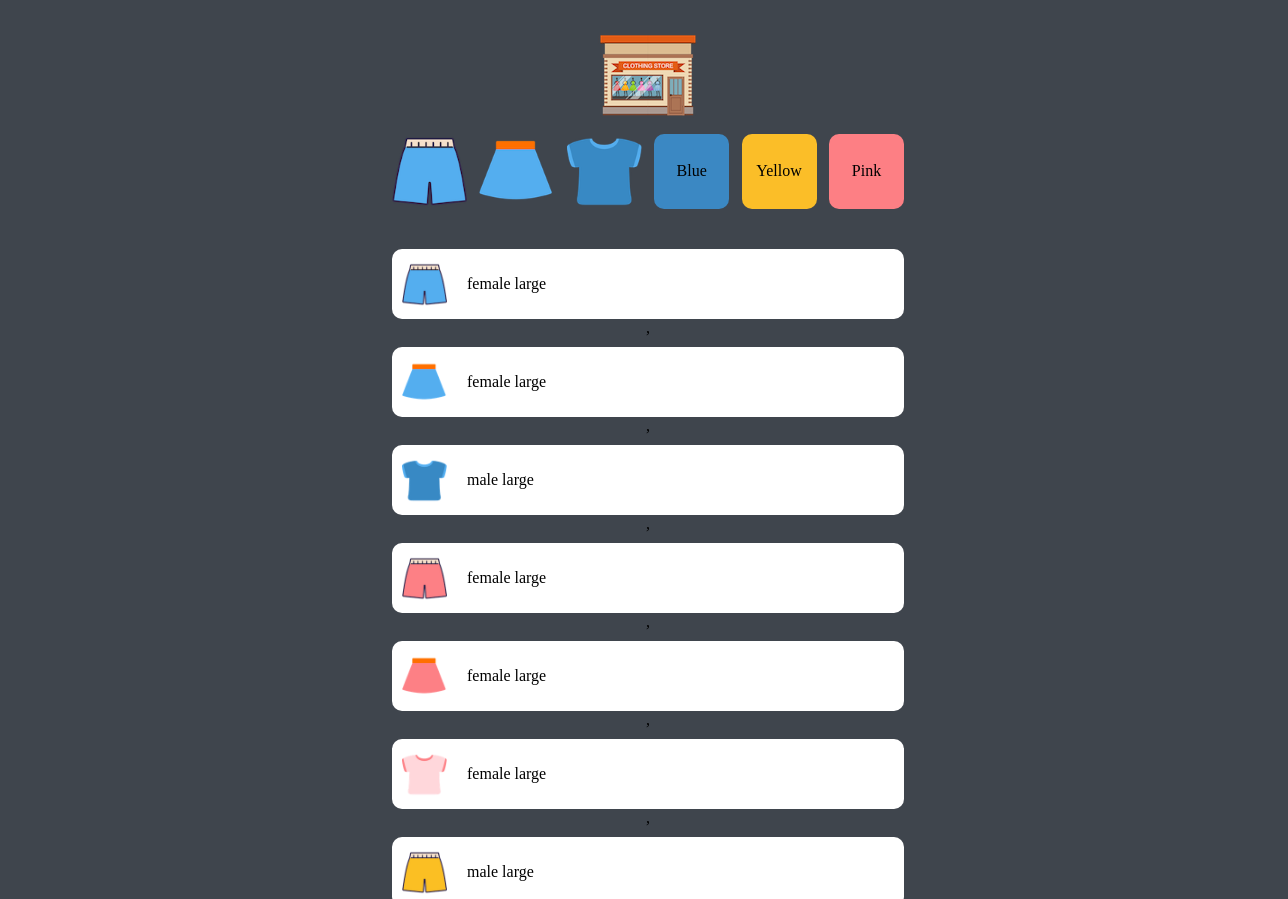
Repository: Jay-JYKim91/elle-shopping-mall
Page: index.html
The author's editor kept a copy of each file at every save. The page is drawn from the files as they stood at one save, then again after the next save.
The browser window is 1280 px wide. The page is 1288 px wide, so the pictures cover 1288 px, including what lies to the right of the window. The pictures show the whole page.
An inner scrolling area shows only its first screen.

Above is the page before, as saved 2021-07-26 20:10:01.

After the next save:
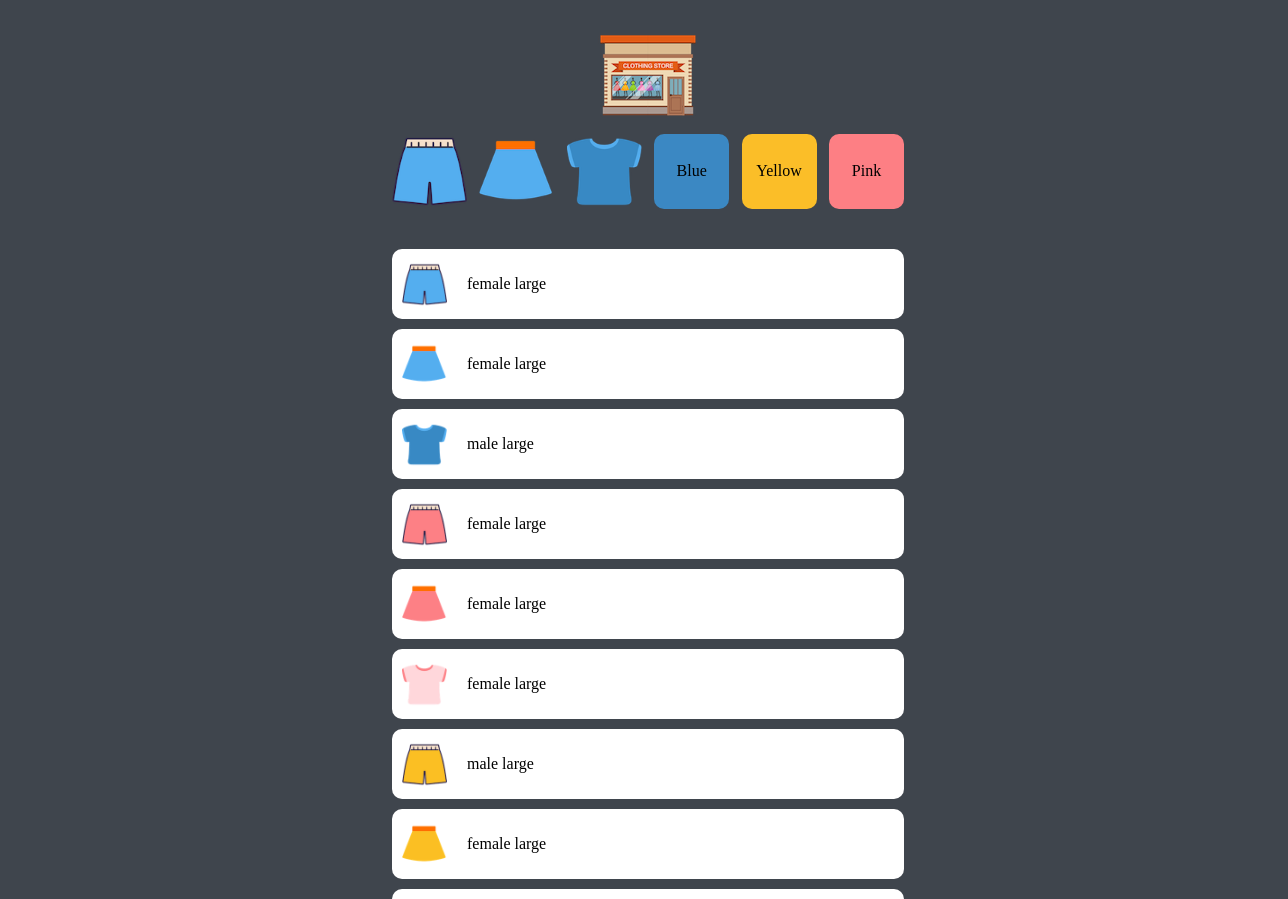
Saved 37 s later.
--- a/src/main.js
+++ b/src/main.js
@@ -6,7 +6,7 @@ function loadItems() {
 
 function displayItems(items) {
     const lists = document.querySelector('.lists');
-    lists.innerHTML = items.map(item => createHTMLString(item));
+    lists.innerHTML = items.map(item => createHTMLString(item)).join('');
 }
 function createHTMLString(item) {
     return `
